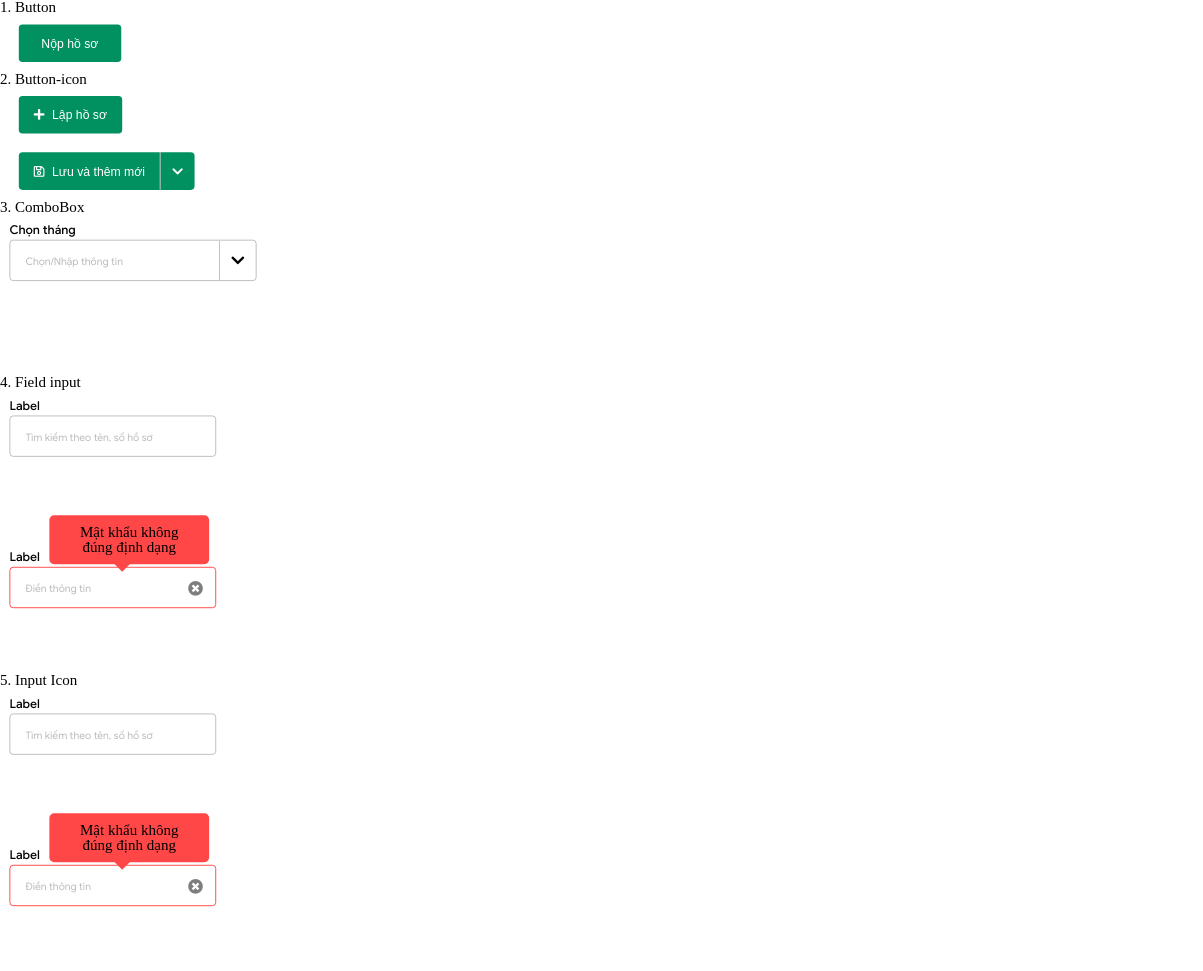
Repository: DAOVANLOI2K1/cukcuk_employeeGrid
Page: Page/index.html
These files come from the project's save history. The page is drawn as it stood at one moment and after the next save; the edit follows.
The browser window is 1280 px wide. The pictures show the whole page, at 94% of full size.

Above is the page before, as saved 2022-06-28 10:11:10.

After the next save:
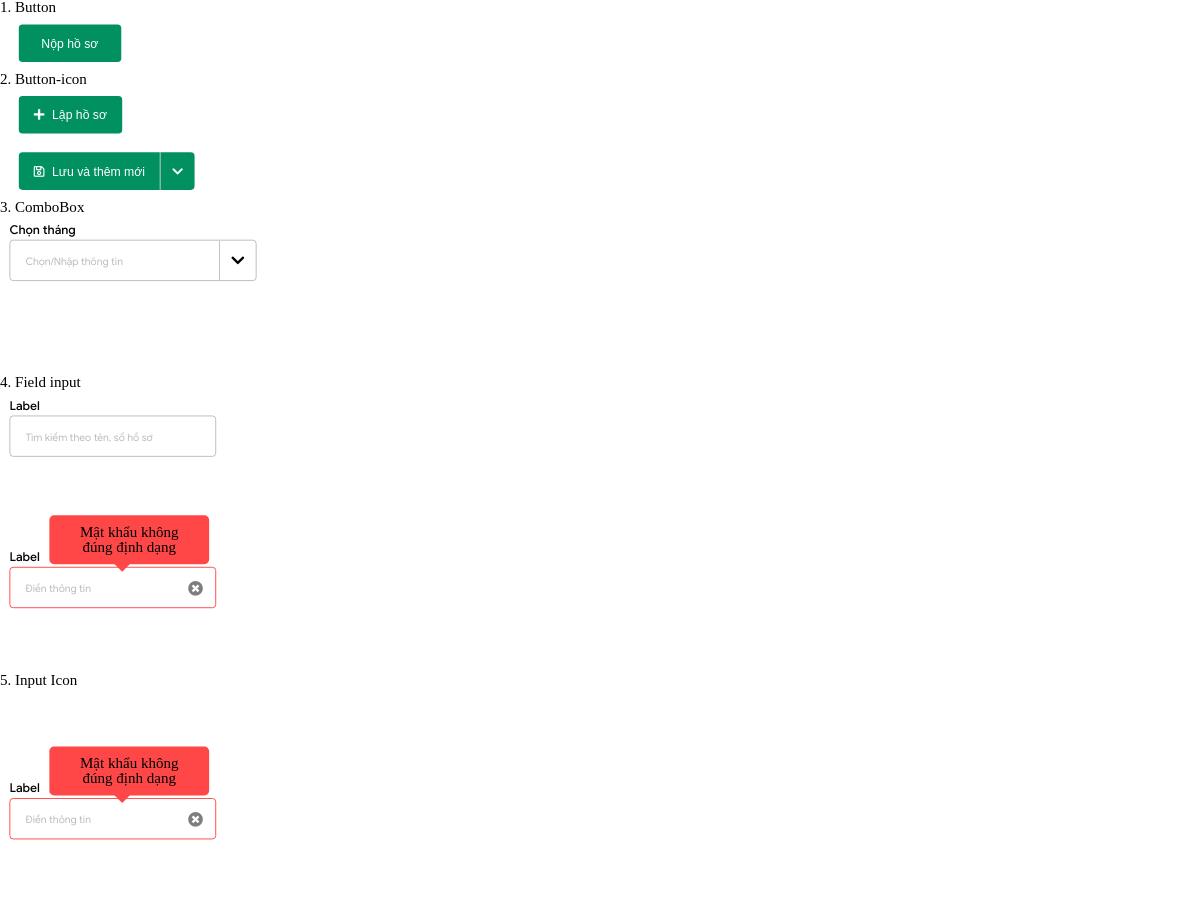
Saved 5 s later.
--- a/Page/index.html
+++ b/Page/index.html
@@ -54,10 +54,6 @@
         <i class="fas fa-times-circle error_icon"></i>
     </div>
     <label>5. Input Icon</label>
-    <div class="row">
-        <h3 class="label">Label</h3>
-        <input type="text" class="ms-input" placeholder="Tìm kiếm theo tên, số hồ sơ">
-    </div>
     <div class="row" style="margin-top: 100px;">
         <h3 class="label">Label</h3>
         <input type="text" class="ms-input error_input" placeholder="Điền thông tin">
